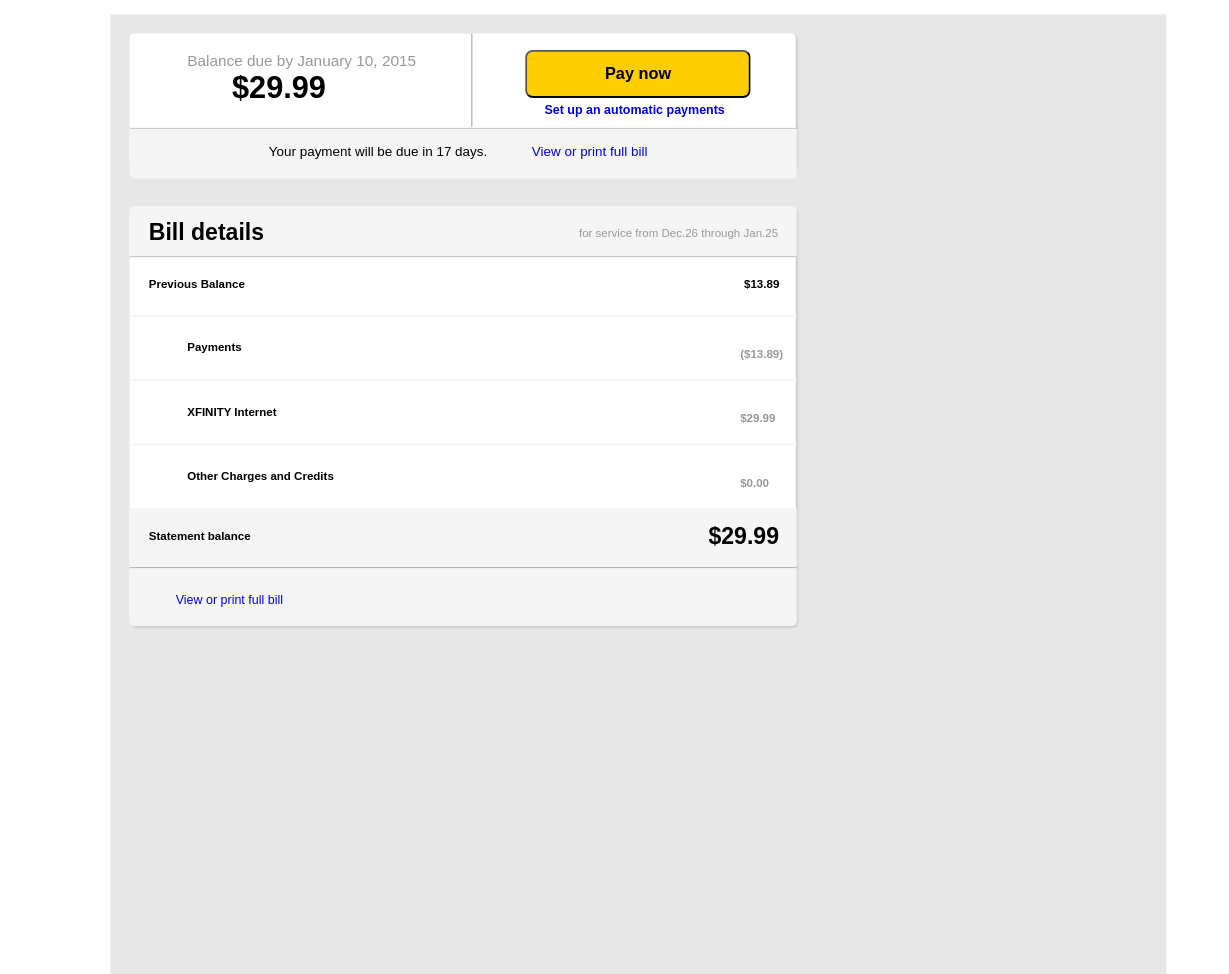
Repository: Sakivaday/UI-TSQ
Page: Aptana Studio 3 Workspace/tsq/assignment3/comcast2.html
An editor plug-in stored every save of this project. The page is shown before and after the next save, followed by the edit.
The browser window is 1280 px wide. The pictures show the whole page, at 96% of full size.
Pictures or frames that could not be fetched are drawn as grey boxes.

Above is the page before, as saved 2015-01-21 23:50:51.

### Aptana Studio 3 Workspace/tsq/assignment3/comcast2.html
<!DOCTYPE html>
<html lang="en">
	<head>


		<title>comcast2</title>
		<link href="comcst2.css" rel="stylesheet" type="text/css" media="all"/>
	</head>

	<body>
		<div class="bigbox">
			<div class="topleft1">

				<div class="cash">
					<p>Balance due by January 10, 2015</p>
					<h1>$29.99</h1>
				</div>
				<div class="pay">
					<button>Pay now</button>
					<a href="#">Set up an automatic payments</a>
				</div>
				<div class="days">
					<ul><li>
					<p>Your payment will be due in 17 days.
					<a href="#">View or print full bill</a></p>
				</li></ul>
				</div>
				</div>

			<div class="topleft2">
				<div class="billdetails">
					<h2>Bill details</h2>
					<div class="questionmark"></div>
					<p>for service from Dec.26 through Jan.25</p>
				</div>
			<div class="previousbalance">
				<p id="pb">Previous Balance</p>
				<p id="cc">$13.89</p>
			</div>
			<div class="rectbox1">
				<ul>
					<li>
						<div class="arrow"><p class="lft">Payments</p>
						</div>
						<p class="bill">($13.89)</p>
					</li></ul></div>

			<div class="rectbox1">	<ul>    <li>
						<div class="arrow"><p class="lft">XFINITY Internet</p>
						</div>
						<p class="bill">$29.99</p>
			</li></ul></div>
			<div class="rectbox1"><ul>		<li>
						<div class="arrow"><p class="lft">Other Charges and Credits</p>
						</div>
						<p class="bill">$0.00</p>
			</li></ul></div>
		<div class="statement">
					<p id="sb">Statement balance</p>
					<h2 id="p">$29.99</h2>
				</div>
				<div class="lst">
				<div class="pd">
					<a href="#">View or print full bill</a>
				</div></div>



			</div>



		</div>



	</body>
</html>

### Aptana Studio 3 Workspace/tsq/assignment3/comcst2.css
*{
	padding:0px;
	margin:0px;
	font-family: "Arial";
	text-decoration: none;
	list-style: none;
}
.bigbox {
	width:1100px;
	height: 1000px;
	margin-left:115px;
	margin-top: 15px;
	background-color: #e7e7e7;
}
.topleft1{
	width: 694px;
	height: 140px;
	background-color: white;
	box-shadow: 2px 2px 2px #cacaca;
	border-radius: 5px;
	margin-left: 20px;
	margin-top: 20px;
	display: inline-block;
}
.cash{
	float:left;
	margin-left: 30px;
	margin-top:20px;
	width: 47%;
}
.cash p{
	color: #989896;
	margin-left: 30px;
}
.cash h1{
	text-align: center;
	margin-left: -75px;
}
button{
	background-color: #fece00;
	width: 235px;
	height: 50px;
	border-radius: 8px;
	font-weight: bold;
	font-size: 17px;
	float:left;
	margin-left: 55px;
	margin-top: 17px;
}
.pay a{
	font-size: 13px;
	font-weight:600;
	margin-left: 75px;
	padding-top: 5px;
	padding-bottom: 10px;
	display: inline-block;
}
.pay{
	width: 47%;
	float:left;
	border-left: 1px solid #989896;
}
.days{
	background-color: #F5F5F5;
	border-top: 1px solid #989896;
	height: 52px;
	width: 695px;
	margin-top: 98px;
	border-radius: 0px 0px 5px 5px;
}
.days ul li p{
	margin-left: 145px;
	margin-top: 16px;
	font-size: 14px;
}
.days ul li a{
	font-size:14px;
	margin-left: 274px;
    display:inherit;
    margin-top: -17px;
}
.pdf{
	margin-left: 500px;
	margin-top: 16px;
	font-size: 14px;
}
.topleft2{
	width: 694px;
	background-color: white;
	box-shadow: 2px 2px 2px #cacaca;
	border-radius: 5px;
	margin-left: 20px;
	margin-top: 40px;
	display: inline-block;
}
.billdetails{
    background-color: #F5F5F5;
	border-bottom: 1px solid #989896;
	height: 52px;
	width: 695px;
	border-radius: 5px 5px 0px 0px;
}
.billdetails h2{
	margin-top: 13px;
	margin-left: 20px;
	float: left;
}
.questionmark{
	background: url('pictures/sprite.png') no-repeat;
	width:14px;
	height:14px;
	background-position: -200px -1300px;
	float: left;
	margin-top: 21px;
	margin-left: 10px;
}
.billdetails p{
	margin-top: -14px;
	margin-left: 328px;
	float:left;
	font-size: 12px;
	color: #989896;
}
.previousbalance{
	border-bottom: 2px solid #F5F5F5;
	height: 60px;
	width: 695px;
}
#pb{
	margin-left:20px;
	margin-top: 21px;
	font-weight:600;
	float:left;
	font-size: 12px;
}
#cc{
	margin-left:520px;
	margin-top: 21px;
	font-weight:600;
	float: left;
	font-size: 12px;
}
.arrow{
	background: url('pictures/sprite.png') no-repeat;
	width:23px;
	height:23px;
	background-position: -101px -500px;
	float: left;
	margin-top: 21px;
	margin-left: 20px;
}
.lft{
	float: left;
	margin-top: 4px;
	margin-left: 40px;
	font-weight:600;
	font-size: 12px;
	width: 160px;
}
.bill{
	float: left;
	margin-top: -12px;
	margin-left: 636px;
	font-weight:600;
	font-size: 12px;
	color: #989896;
	display:inline-block;
}
.rectbox1{
	border-bottom: 2px solid #F5F5F5;
	height: 65px;
	width: 695px;
}
.statement{
	border-bottom: 1px solid #989896;
	height: 60px;
	width: 695px;
	background-color: #F5F5F5;
}
#sb{
	margin-left:20px;
	margin-top: 21px;
	font-weight:600;
	float:left;
	font-size: 12px;
}
#p{
	margin-left: 603px;
	margin-top: -21px;
	float: left;
}
.lst{
	height: 60px;
	width: 695px;
	background-color: #F5F5F5;
	border-radius: 0px 0px 5px 5px;
}
.pd{
	background: url('pictures/sprite.png') no-repeat;
	width:22px;
	height:27px;
	background-position: -252px -300px;
	float: left;
	margin-top: 21px;
	margin-left: 10px;
}
.lst .pd a{
	float: left;
	margin-left: 38px;
	margin-top: 4px;
	font-size: 13px;
	width: 140px;
}

After the next save:
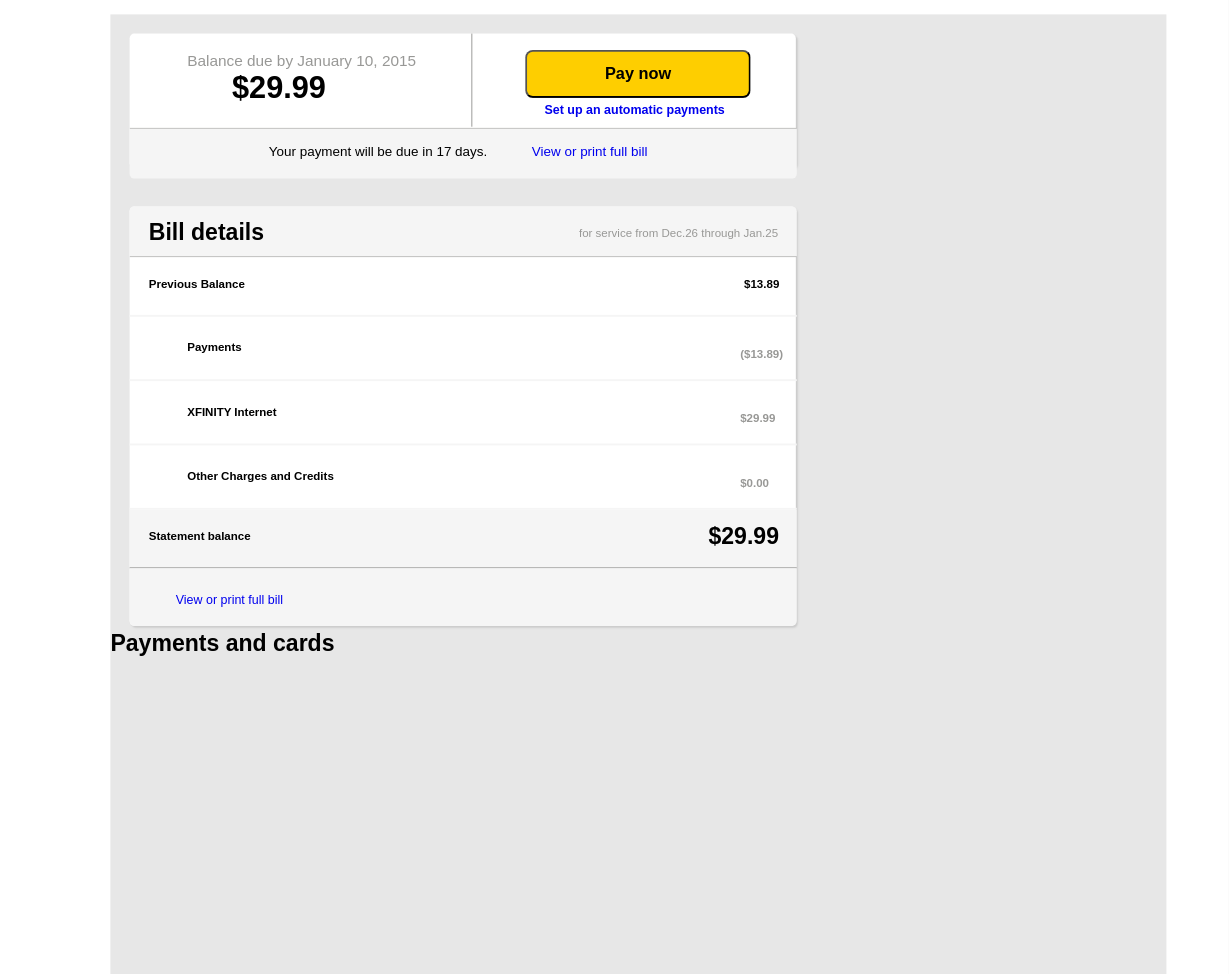
Saved 4 min 48 s later.
--- a/Aptana Studio 3 Workspace/tsq/assignment3/comcast2.html
+++ b/Aptana Studio 3 Workspace/tsq/assignment3/comcast2.html
@@ -63,10 +63,19 @@
 				<div class="pd">
 					<a href="#">View or print full bill</a>
 				</div></div>
+			</div>
+		<div class="payments">
+					<h2>Payments and cards</h2>
+					<div class="questionmark"></div>
+				</div>
 
 
 
-			</div>
+
+
+
+
+
 
 
 
